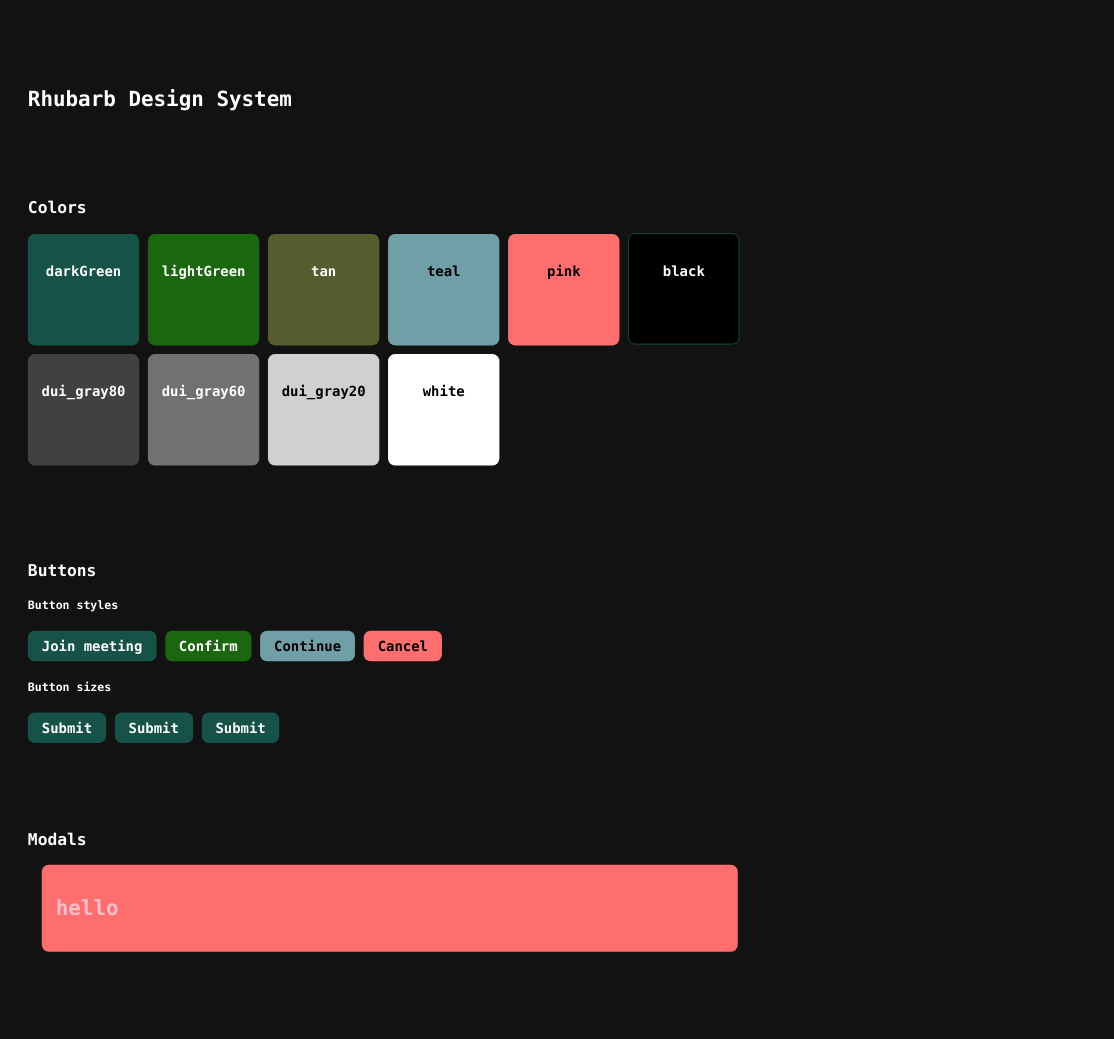
Repository: kttalley/designing-with-data_react-class
Page: / (app in lesson6_design-system-component-extension/)
An editor plug-in stored every save of this project. The page is shown before and after the next save, followed by the edit.
The browser window is 1280 px wide. The pictures show the whole page, at 87% of full size.
The project was rebuilt for these pictures with package versions that can differ from the ones it lists, and the page was loaded fresh each time. Imported but missing from the stored project, and not drawn on this page: lesson6_design-system-component-extension/src/Rhubarb/Input.

Above is the page before, as saved 2023-08-31 14:12:33.

### lesson6_design-system-component-extension/src/App.js
import React, { Component } from 'react';
import { DocsSection, DocsColorBox, DocsModalContainer, DocsCodeBlock } from './Docs';
import {
  GlobalStyle,
  Btn,
  Modal
} from './Rhubarb';

class App extends Component {
  render() {
    return (
      <div>
        <GlobalStyle />

        <DocsSection>
          <h1>Rhubarb Design System</h1>
        </DocsSection>
        <DocsSection>
          <h3>Colors</h3>
          <DocsColorBox color="darkGreen">darkGreen</DocsColorBox>
          <DocsColorBox color="lightGreen">lightGreen</DocsColorBox>
          <DocsColorBox color="tan">tan</DocsColorBox>
          <DocsColorBox color="teal">teal</DocsColorBox>
          <DocsColorBox color="pink">pink</DocsColorBox>
          <DocsColorBox color="black">black</DocsColorBox>
          <DocsColorBox color="dui_gray80">dui_gray80</DocsColorBox>
          <DocsColorBox color="dui_gray60">dui_gray60</DocsColorBox>
          <DocsColorBox color="dui_gray20">dui_gray20</DocsColorBox>
          <DocsColorBox color="white">white</DocsColorBox>
        </DocsSection>

        <DocsSection>
          <h3>Buttons</h3>
          <h5>Button styles</h5>
          <Btn color="darkGreen">Join meeting</Btn>
          <Btn color="lightGreen">Confirm</Btn>
          <Btn color="teal">Continue</Btn>
          <Btn color="pink" fontSize="8">Cancel</Btn>

          <h5>Button sizes</h5>
          <Btn size="sm">Submit</Btn>
          <Btn>Submit</Btn>
          <Btn size="lg">Submit</Btn>
        </DocsSection>

        <DocsSection>
          <h3>Modals</h3>
          <Modal color="pink"><h1>hello</h1></Modal>

        </DocsSection>
      </div>
    );
  }
}

export default App;

### lesson6_design-system-component-extension/src/Docs/index.js
import styled from 'styled-components';
import {color, space, isDarkBackground, fontSize} from '../Rhubarb';

export const DocsColorBox = styled.div`
background-color: ${ props => color[props.color] ? color[props.color] : color.black };
  color: ${props => isDarkBackground(props.color) ? color.black : color.white};
  height: ${space[6] + 'px'};
  width: ${space[6] + 'px'};
  padding-top: 33px;
  text-align: center;
  font-weight: bold;
  display: inline-block;
  margin-right: 10px;
  margin-bottom: 10px;
  border-radius: 8px;
  border: ${props => props.color === "black" ? '1px solid' + color.darkGreen : 'none'}
`;

export const DocsSection = styled.section`
  margin: 100px 32px;
  max-width: 832px;
`;

export const DocsModalContainer = styled.section`
  position: relative;
  height: 300px;
  border-radius: 3px;
  background: ${color.dui_gray80}
`;

export const DocsCodeBlock = styled.code`
  border: 1px solid ${color.dui_gray80};
  color: ${color.dui_gray60}
  border-radius: 8px;
  display: block;
  font-family: consolas, monospace;
  line-height: 1.3;
  padding: ${space[1] + 'px'};
  white-space: pre-line;
  font-size: ${fontSize[1]};
  margin-top: ${space[3] + 'px'};
  transition: 0.15s color ease;

  &::selection {
    color: ${color.black};
    background-color: ${color.pink};
  }

  &:hover {
    color: ${color.white};
  }


`;

### lesson6_design-system-component-extension/src/Rhubarb/index.js
//this file indexes all Rhubarb components for export

import { createGlobalStyle } from "styled-components";

export const GlobalStyle = createGlobalStyle`
  * {
    box-sizing: border-box;
  }

  body {
    margin: 0;
    padding: 0;
    font-family: menlo, sans-serif;
    background-color: #121212;
    color: white;
  }
`;


export * from './Button';
export * from './Input';
export * from './Utils';
export * from './Modal';

### lesson6_design-system-component-extension/src/Rhubarb/Button.js
import { color, space, isDarkBackground, fontSize} from './Utils';
import styled from 'styled-components';
import css from 'styled-components';
export const Btn = styled.button`
  color: ${props => isDarkBackground(props.color) ? color.black : color.white};
  outline: none;
  font-family: inherit;
  display: inline-block;
  text-decoration: none;
  margin-right: 10px;
  border: none;
  border-radius: 8px;
  font-weight: bold;
  transition: 0.2s all ease;
  background-color: ${props => props.color ? color[props.color] : color.darkGreen};

  font-size: 16px;
  padding: ${space[2] + 'px'} ${space[3] + 'px'};

  ${props => props.size === "lg" && css`
    font-size: 24px;
    padding: ${space[2] + 4 + 'px'} ${space[4]+ 'px'};
  `}

  ${props => props.size === "sm" && css`
    font-size: 14px;
    padding: ${space[1] + 'px'} ${space[2] + 'px'};
  `}

  &:hover {
    cursor: pointer;
    transform: scale(1.1);
    border-radius: 8px;
  }
`;

### lesson6_design-system-component-extension/src/Rhubarb/Utils.js
export const color = {

  //core colors
  darkGreen: '#165247',
  tan: '#565C2D',
  lightGreen: '#1A6710',
  teal: '#719FA7',
  pink: '#FF6E6E',

  //grayscale - needs lui
  black: '#000000',
  dui_gray80: '#FFFFFF33',
  dui_gray60: '#FFFFFF66',
  dui_gray40: '##FFFFFF44',
  dui_gray20: '#FFFFFFCC',
  white: '#FFFFFF',
  // solid grays, no opacity,
  //for sake of utility function below
  gray1: '#606060',
  gray2: '#313131',
  gray3: '#181818'

}

export const space = [
  0,
  2,
  8,
  16,
  32,
  64,
  128,
  256,
  512
];

export const fontSize = [
  '14px',
  '16px',
  '20px',
  '24px',
  '32px',
  '64px'
];


export const isDarkBackground = function(color) {
  if (color) {
    if (color.includes('dui_gray20') || color.includes('teal') || color.includes('pink') || color.includes('white')) {
      return true;
    } else {
      return false;
    }
  }
}

### lesson6_design-system-component-extension/src/Rhubarb/Modal.js
import { color, space, fontSize, isDarkBackground} from './Utils';
import React from 'react';
import styled from 'styled-components';

export const Modal = styled.div`
  background-color: ${props => color[props.color] ? color[props.color] : color.black };
  color: pink;
  padding: 1rem;
  margin: 1rem;
  border-radius: ${space[2] + 'px'};
`;

Loaded but not shown: lesson6_design-system-component-extension/public/index.html (common file); lesson6_design-system-component-extension/src/index.js (common file); lesson6_design-system-component-extension/src/index.css (common file); lesson6_design-system-component-extension/src/reportWebVitals.js (common file)

After the next save:
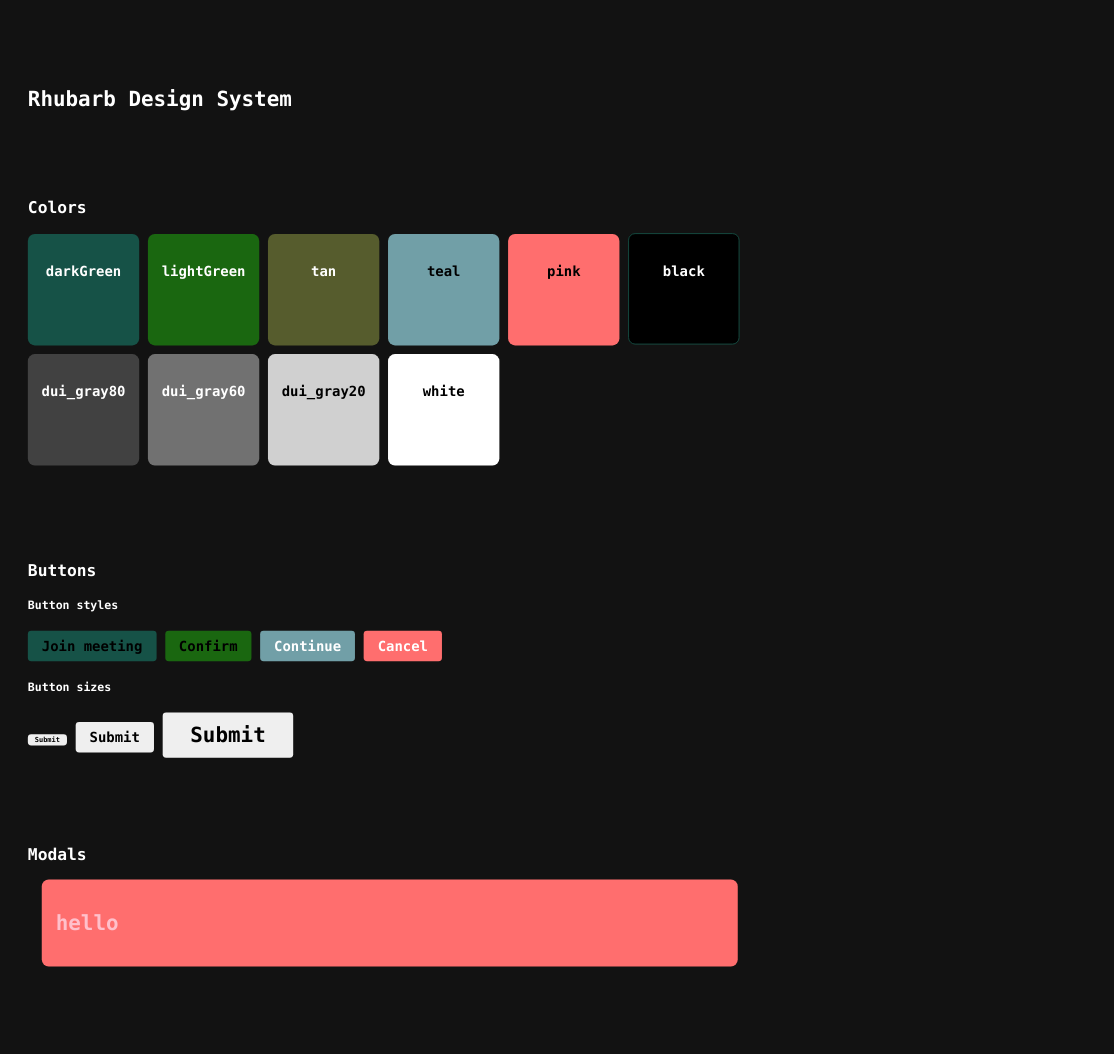
Saved 27 min 16 s later.
--- a/lesson6_design-system-component-extension/src/Rhubarb/Button.js
+++ b/lesson6_design-system-component-extension/src/Rhubarb/Button.js
@@ -1,18 +1,18 @@
-import { color, space, isDarkBackground, fontSize} from './Utils';
-import styled from 'styled-components';
-import css from 'styled-components';
+import styled, { css } from 'styled-components';
+import { isDarkBackground, color, space } from './Utils';
+
 export const Btn = styled.button`
-  color: ${props => isDarkBackground(props.color) ? color.black : color.white};
+  color: ${props => isDarkBackground(props.color) ? color.white : color.black};
   outline: none;
   font-family: inherit;
   display: inline-block;
   text-decoration: none;
   margin-right: 10px;
   border: none;
-  border-radius: 8px;
+  border-radius: 4px;
   font-weight: bold;
   transition: 0.2s all ease;
-  background-color: ${props => props.color ? color[props.color] : color.darkGreen};
+  background-color: ${props => props.color ? color[props.color] : color.blue};
 
   font-size: 16px;
   padding: ${space[2] + 'px'} ${space[3] + 'px'};
@@ -23,13 +23,13 @@
   `}
 
   ${props => props.size === "sm" && css`
-    font-size: 14px;
+    font-size: 8px;
     padding: ${space[1] + 'px'} ${space[2] + 'px'};
   `}
 
   &:hover {
     cursor: pointer;
     transform: scale(1.1);
-    border-radius: 8px;
+    border-radius: 4px;
   }
-`;
+`

After the save that followed:
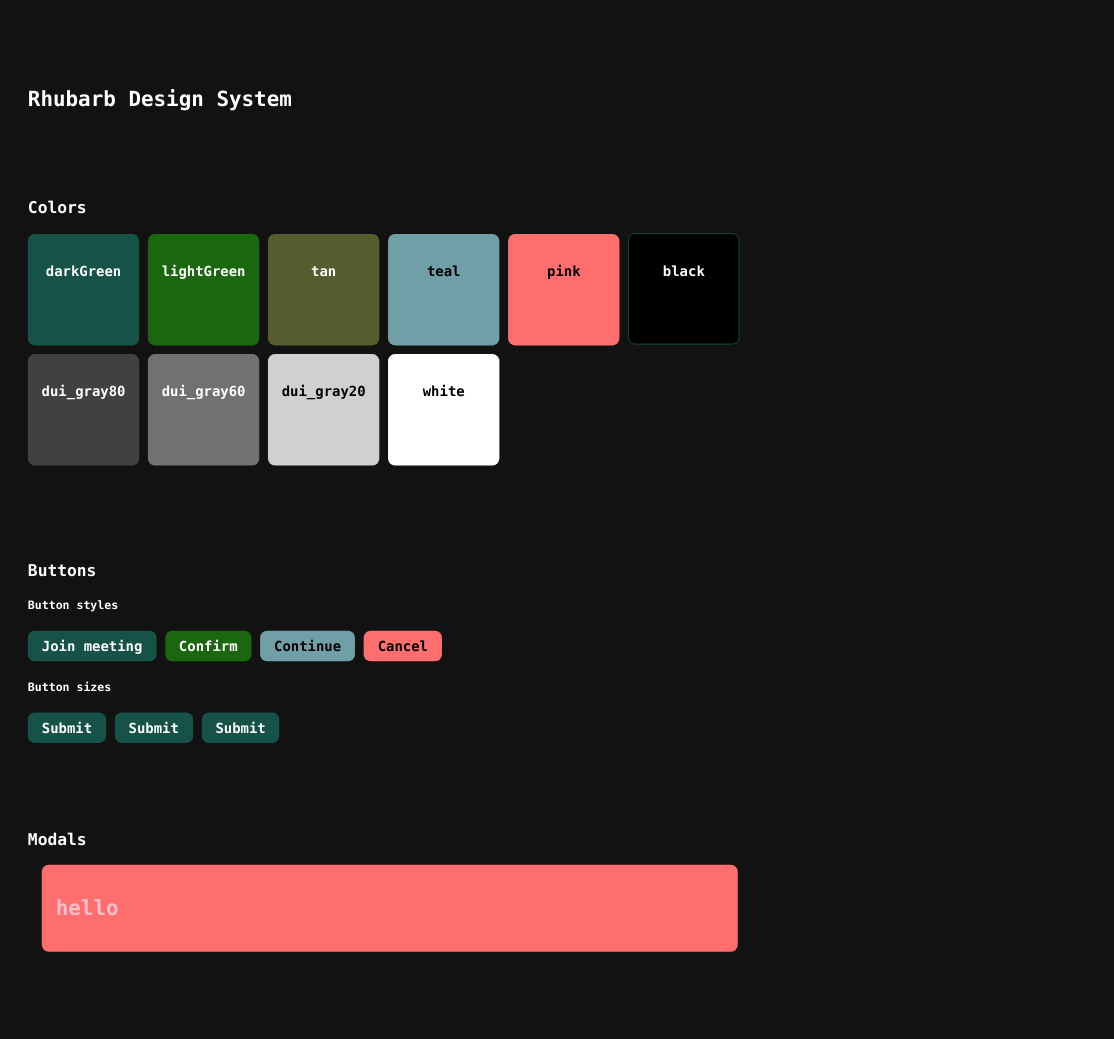
Saved 8 s later.
--- a/lesson6_design-system-component-extension/src/Rhubarb/Button.js
+++ b/lesson6_design-system-component-extension/src/Rhubarb/Button.js
@@ -1,18 +1,18 @@
-import styled, { css } from 'styled-components';
-import { isDarkBackground, color, space } from './Utils';
-
+import { color, space, isDarkBackground, fontSize} from './Utils';
+import styled from 'styled-components';
+import css from 'styled-components';
 export const Btn = styled.button`
-  color: ${props => isDarkBackground(props.color) ? color.white : color.black};
+  color: ${props => isDarkBackground(props.color) ? color.black : color.white};
   outline: none;
   font-family: inherit;
   display: inline-block;
   text-decoration: none;
   margin-right: 10px;
   border: none;
-  border-radius: 4px;
+  border-radius: 8px;
   font-weight: bold;
   transition: 0.2s all ease;
-  background-color: ${props => props.color ? color[props.color] : color.blue};
+  background-color: ${props => props.color ? color[props.color] : color.darkGreen};
 
   font-size: 16px;
   padding: ${space[2] + 'px'} ${space[3] + 'px'};
@@ -23,13 +23,13 @@
   `}
 
   ${props => props.size === "sm" && css`
-    font-size: 8px;
+    font-size: 14px;
     padding: ${space[1] + 'px'} ${space[2] + 'px'};
   `}
 
   &:hover {
     cursor: pointer;
     transform: scale(1.1);
-    border-radius: 4px;
+    border-radius: 8px;
   }
-`
+`;
